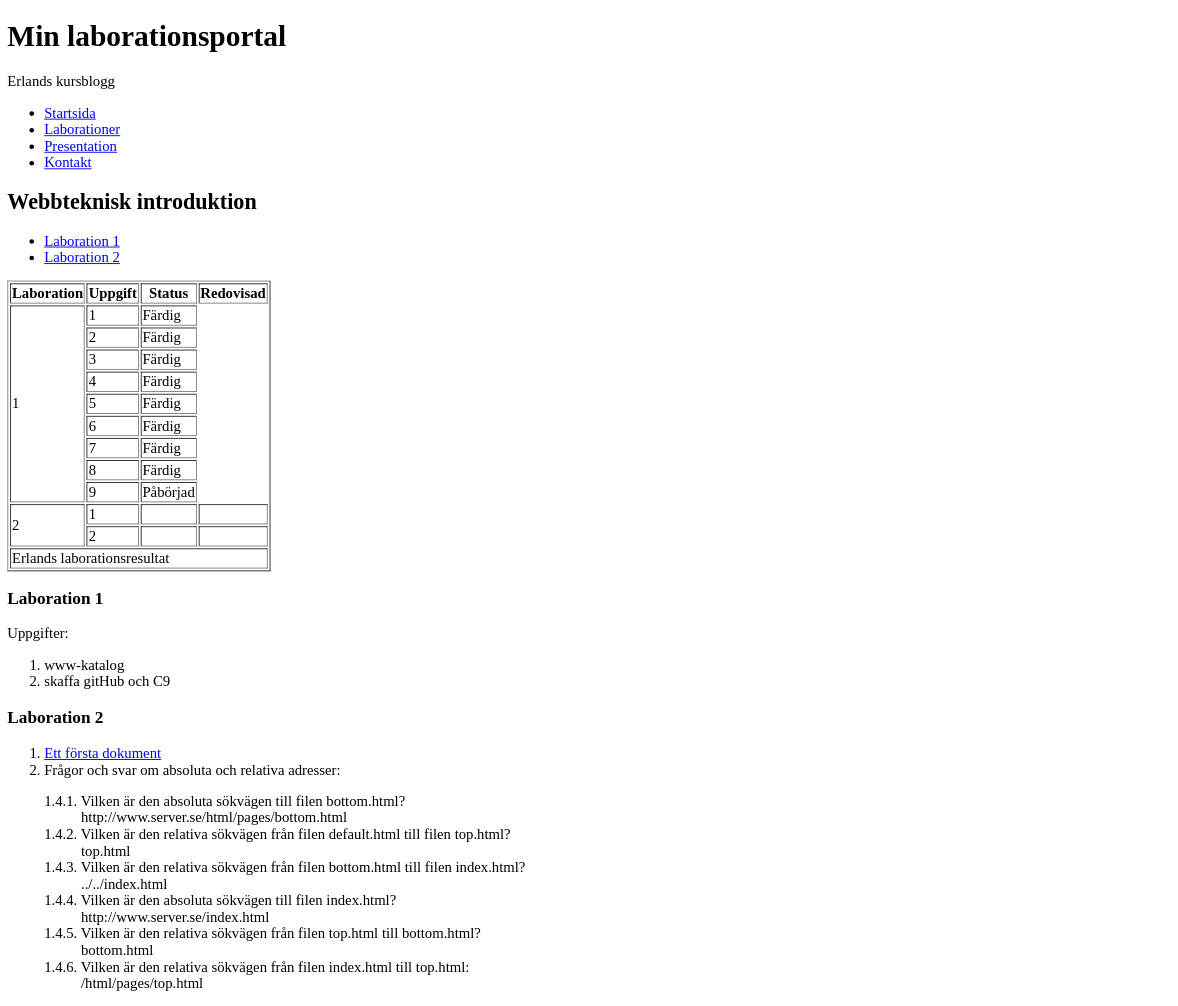
Repository: ej222ru/1IK415-laborationer
Page: pages/laborationer.html
The author's editor kept a record of every edit. The page is drawn from the files as they stood at one moment, then again after the next edit.
The browser window is 1280 px wide. The pictures show the whole page, at 92% of full size.

Above is the page before.

After the next edit:
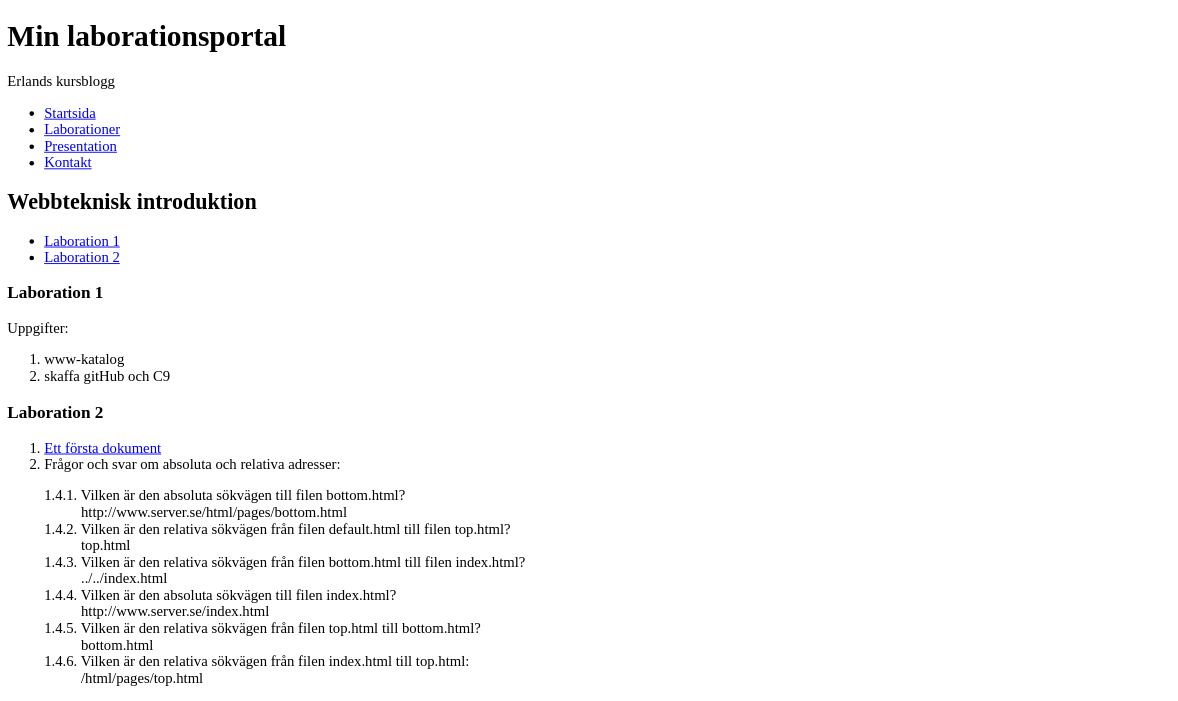
The edit:
--- a/pages/laborationer.html
+++ b/pages/laborationer.html
@@ -19,72 +19,6 @@
             <li><a href="#Laboration1">Laboration 1</a></li>
             <li><a href="#Laboration2">Laboration 2</a></li>
         </ul>
-        <table border=1>
-            <thead>
-                <tr>
-                   <th>Laboration</th>
-                   <th>Uppgift</th>
-                   <th>Status</th>
-                   <th>Redovisad</th>
-                </tr>
-            </thead>
-            <tfoot>
-                <tr>
-                    <td colspan=4>Erlands laborationsresultat</td>
-                </tr>
-            </tfoot>
-            <tbody>
-                <tr>
-                    <td rowspan=9>1</td>
-                    <td>1</td>
-                    <td>Färdig</td>
-                </tr>
-                <tr>
-                    <td>2</td>
-                    <td>Färdig</td>
-                </tr>
-                <tr>
-                    <td>3</td>
-                    <td>Färdig</td>
-                </tr>
-                <tr>
-                    <td>4</td>
-                    <td>Färdig</td>
-                </tr>
-                <tr>
-                    <td>5</td>
-                    <td>Färdig</td>
-                </tr>
-                <tr>
-                    <td>6</td>
-                    <td>Färdig</td>
-                </tr>
-                <tr>
-                    <td>7</td>
-                    <td>Färdig</td>
-                </tr>
-                <tr>
-                    <td>8</td>
-                    <td>Färdig</td>
-                </tr>
-                <tr>
-                    <td>9</td>
-                    <td>Påbörjad</td>
-                </tr>
-                <tr>
-                    <td rowspan=2>2</td></td>
-                    <td>1</td>
-                    <td></td>
-                    <td></td>
-                </tr>
-                <tr>
-                    <td>2</td>
-                    <td></td>
-                    <td></td>
-                </tr>
-            </tbody>
-
-        </table>
         <h3>Laboration 1 <a id="Laboration1"></a></h3>
         <p>Uppgifter:</p>
         <ol>
